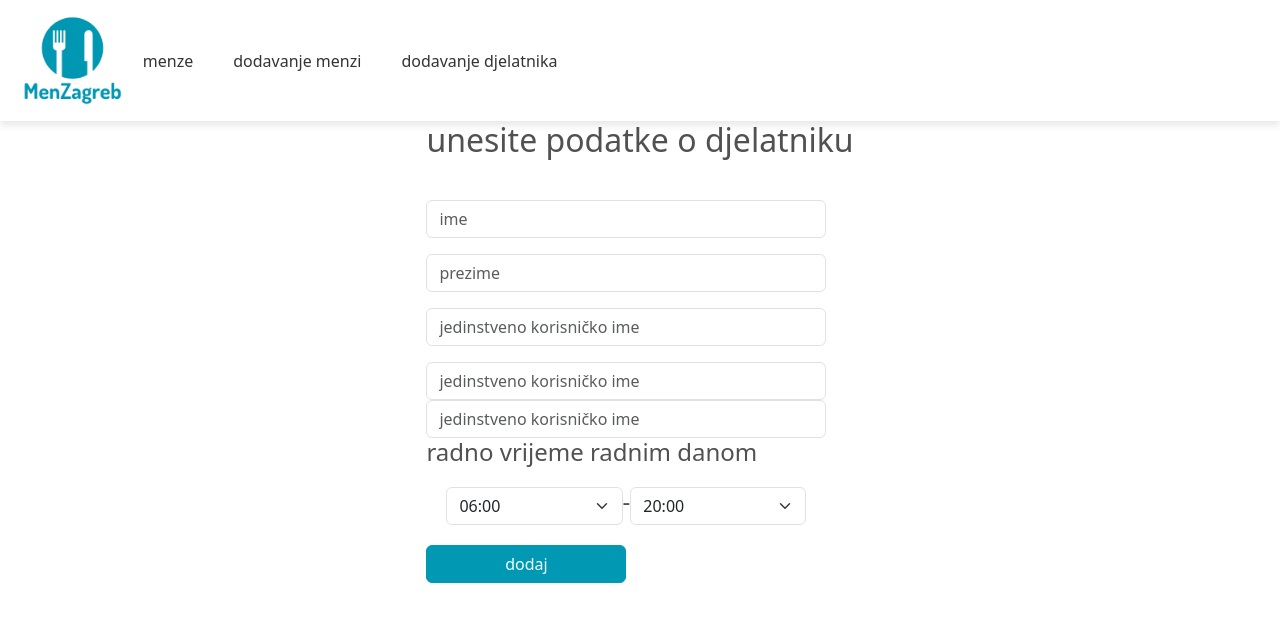
Repository: MENZG/menZg
Page: /admin/dodajDjelatnika (app in IzvorniKod/)
These files come from the project's save history. The page is drawn as it stood at one moment and after the next save; the edit follows.
The browser window is 1280 px wide. The pictures show the whole page.
The project was rebuilt for these pictures with package versions that can differ from the ones it lists, and the page was loaded fresh each time. Also part of the build but not shown: IzvorniKod/vite.config.ts, IzvorniKod/src/Components/LoginForm.tsx, IzvorniKod/src/Components/AdminLogin.tsx, IzvorniKod/src/Components/EmployeeLogin.tsx, IzvorniKod/src/Components/NavBar.tsx, IzvorniKod/src/Components/ListaMenza.tsx, IzvorniKod/src/Components/Profil.tsx, IzvorniKod/src/Components/AddMenza.tsx and 5 more.

Above is the page before, as saved 2024-11-06 20:33:11.

After the next save:
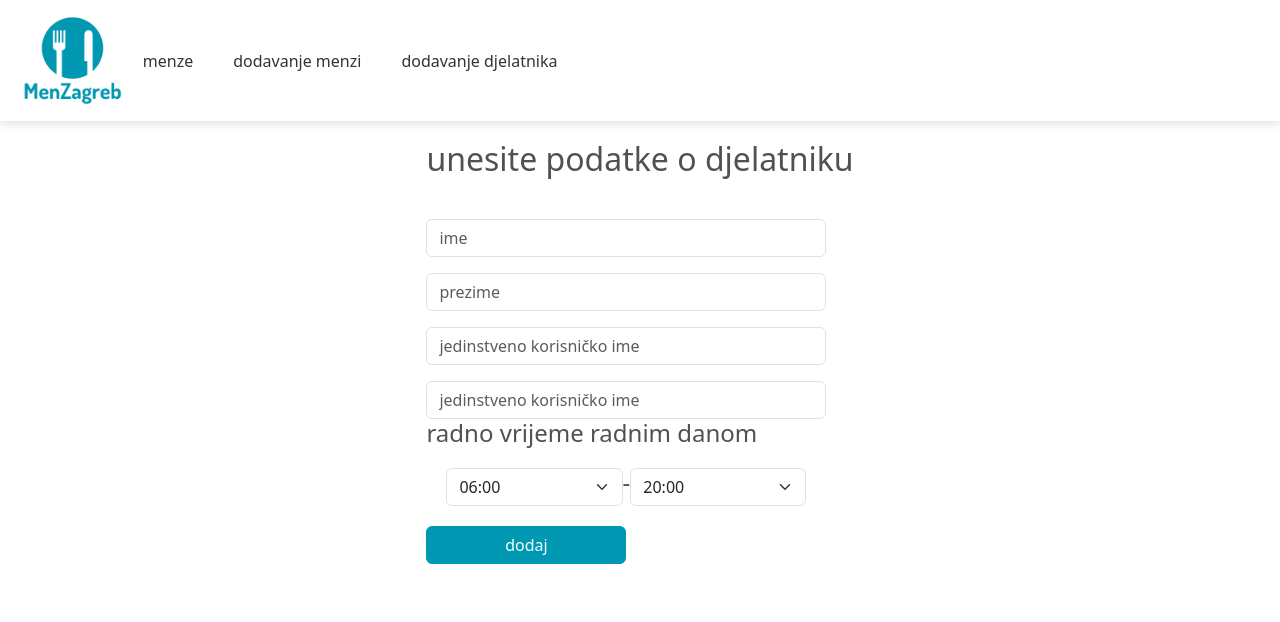
Saved 11 s later.
--- a/IzvorniKod/src/Components/AddEmployee.tsx
+++ b/IzvorniKod/src/Components/AddEmployee.tsx
@@ -31,12 +31,6 @@ const AddEmployee = () => {
               placeholder="jedinstveno korisničko ime"
             />
           </Form.Group>
-
-          <Form.Control
-            className="form-control"
-            type="text"
-            placeholder="jedinstveno korisničko ime"
-          />
 
           <Form.Control
             className="form-control"
